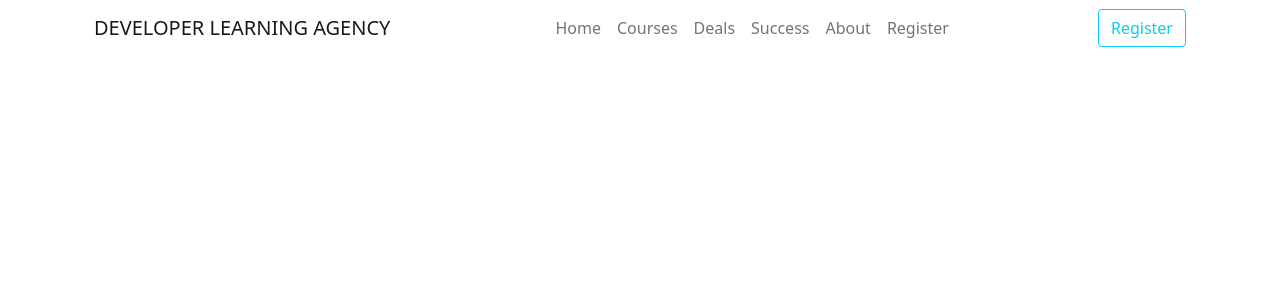
Repository: zjria/developer-learning-agency
Page: index.html
An editor plug-in stored every save of this project. The page is shown before and after the next save, followed by the edit.
The browser window is 1280 px wide. The pictures show the whole page.

Above is the page before, as saved 2022-10-11 10:43:23.

After the next save:
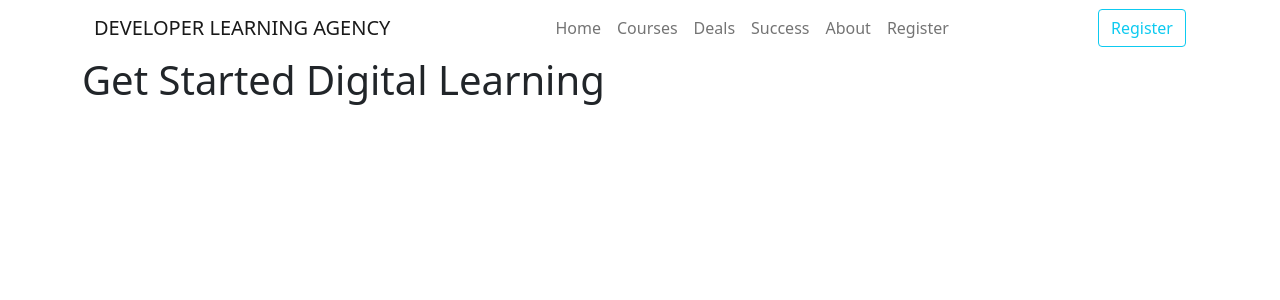
Saved 19 s later.
--- a/index.html
+++ b/index.html
@@ -58,7 +58,8 @@
                 </div>
             </nav>
             <div class="header-slider">
-
+                <h1>Get Started Digital Learning</h1>
+                <p></p>
             </div>
         </section>
     </header>
